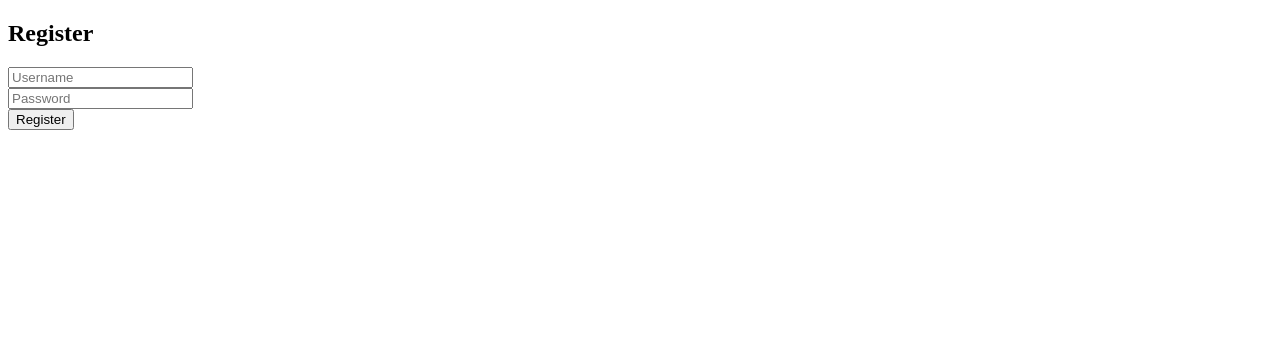
Repository: sakshishinde23/ISS-Assignment
Page: http://localhost/simpleWebApp/register.jsp
These files come from the project's save history. The page is drawn as it stood at one moment and after the next save; the edit follows.
The browser window is 1280 px wide. The pictures show the whole page.
The page is served by Tomcat 10.

Above is the page before, as saved 2024-06-10 07:04:40.
Not found: simpleLogin/simpleWebApp/simpleWebApp/css/styles.css

After the next save:
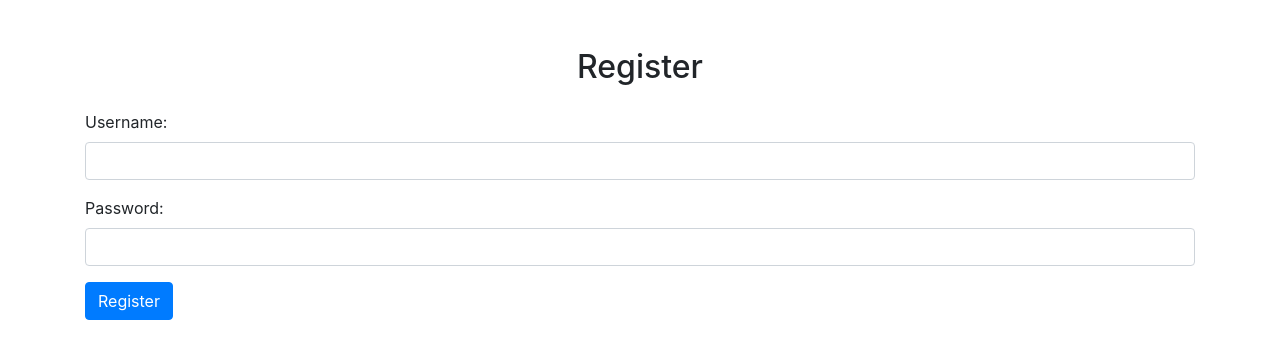
Saved 11 s later.
--- a/simpleLogin/simpleWebApp/src/main/webapp/register.jsp
+++ b/simpleLogin/simpleWebApp/src/main/webapp/register.jsp
@@ -4,7 +4,7 @@
 <head>
     <meta charset="UTF-8">
     <title>Register</title>
-    <link rel="stylesheet" type="text/css" href="css/styles.css">
+    <link rel="stylesheet" href="https://stackpath.bootstrapcdn.com/bootstrap/4.5.2/css/bootstrap.min.css">
     <script>
         function validateForm() {
             var username = document.forms["registerForm"]["username"].value;
@@ -18,14 +18,20 @@
     </script>
 </head>
 <body>
-    <div class="container">
-        <h2>Register</h2>
-        <form name="registerForm" action="Register" method="post" onsubmit="return validateForm()">
-            <input type="text" name="username" placeholder="Username"><br>
-            <input type="password" name="password" placeholder="Password"><br>
-            <input type="submit" value="Register">
+    <div class="container mt-5">
+        <h2 class="text-center">Register</h2>
+        <form name="registerForm" action="Register" method="post" onsubmit="return validateForm()" class="mt-4">
+            <div class="form-group">
+                <label for="username">Username:</label>
+                <input type="text" class="form-control" id="username" name="username">
+            </div>
+            <div class="form-group">
+                <label for="password">Password:</label>
+                <input type="password" class="form-control" id="password" name="password">
+            </div>
+            <button type="submit" class="btn btn-primary">Register</button>
         </form>
-        <p class="errorMessage">${errorMessage}</p>
+        <p class="text-danger mt-3">${errorMessage}</p>
     </div>
 </body>
 </html>
